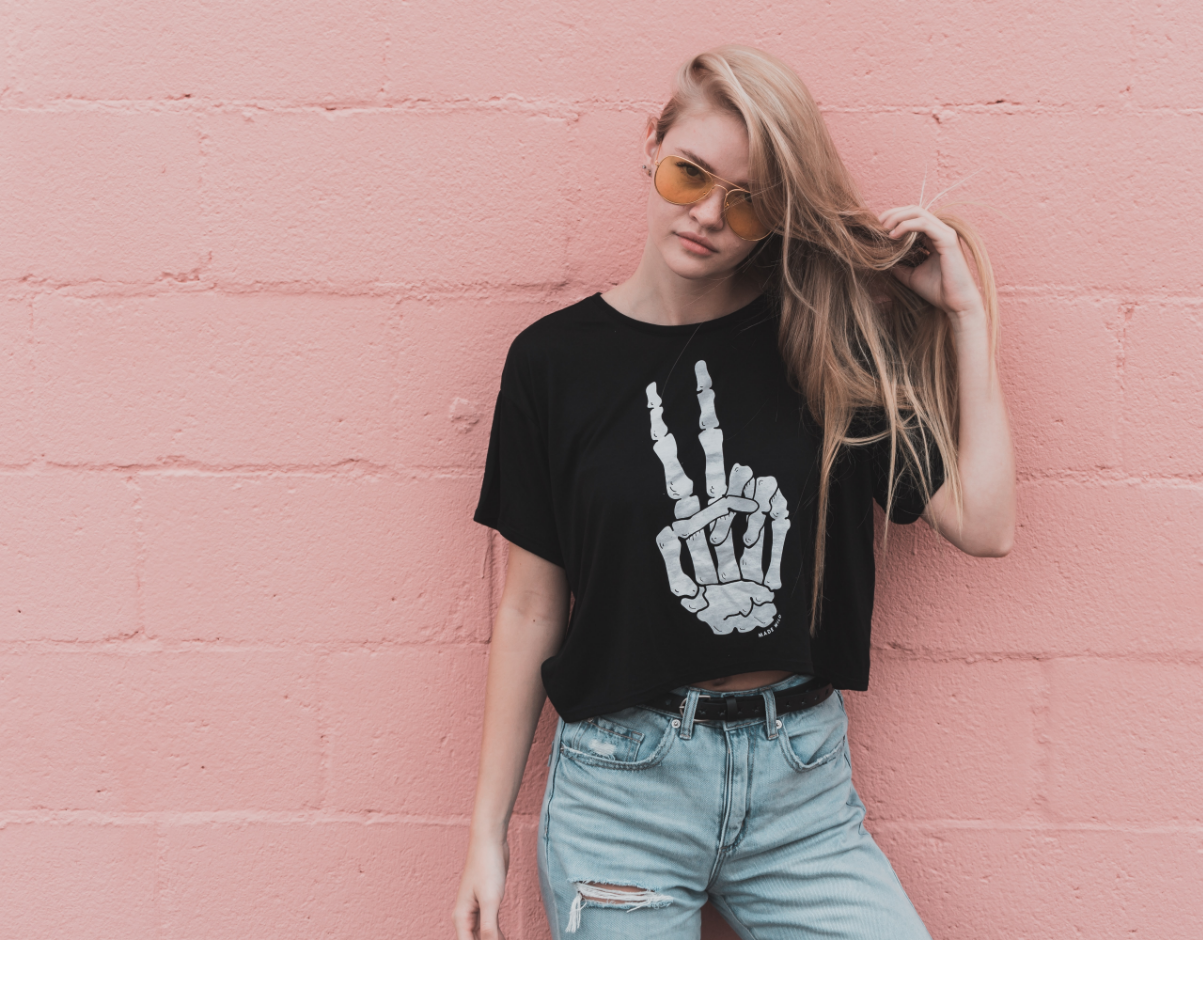
Repository: LeHieuSP/Baitapthukinh_LTH_FE70
Page: /
The author's editor kept a copy of each file at every save. The page is drawn from the files as they stood at one save, then again after the next save.
The browser window is 1280 px wide. The pictures show the whole page, at 94% of full size.
The project was rebuilt for these pictures with package versions that can differ from the ones it lists, and the page was loaded fresh each time. Also part of the build but not shown: src/index.css, src/App.css, src/redux/actions/BaiTapDatVeAction.js, src/BaiTapRedux/BaiTapBookingTicket/ThongTinDatGhe.js, src/BaiTapRedux/BaiTapBookingTicket/HangGhe.js, src/BaiTapRedux/BaiTapBookingTicket/BaiTapBookingTicket.js.

Above is the page before, as saved 2022-03-09 16:24:56.

After the next save:
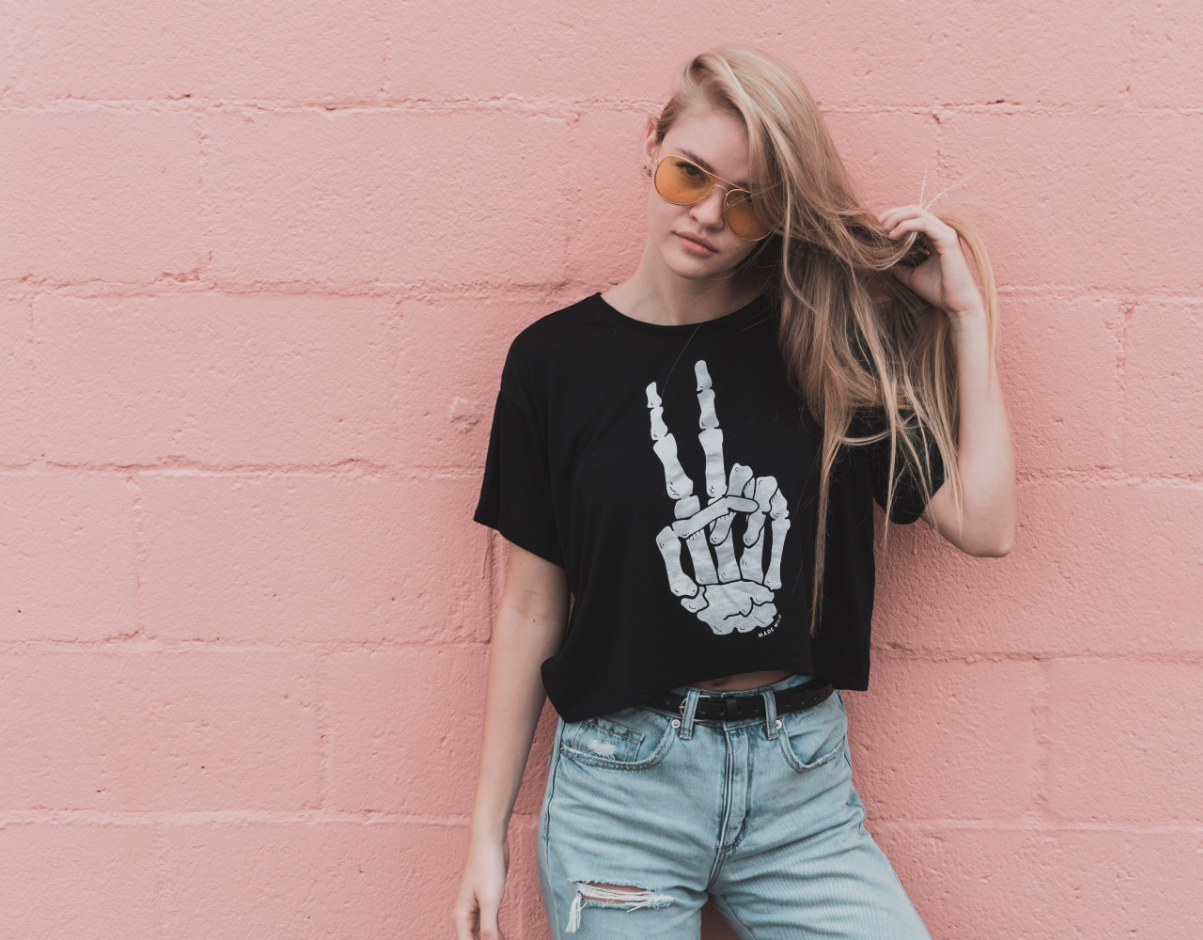
Saved 10 s later.
--- a/src/BaiTapThuKinh/BaiTapThuKinh.js
+++ b/src/BaiTapThuKinh/BaiTapThuKinh.js
@@ -4,7 +4,7 @@
   render() {
     return (
       <div style={{backgroundImage:'url(./glassesImage/bg.jpg)',
-      backgroundRepeat:'no-repeat',backgroundSize:'1500px',height:'1050px'}}>
+      backgroundRepeat:'no-repeat',backgroundSize:'1500px',height:'1000px'}}>
 
       </div>
     )
